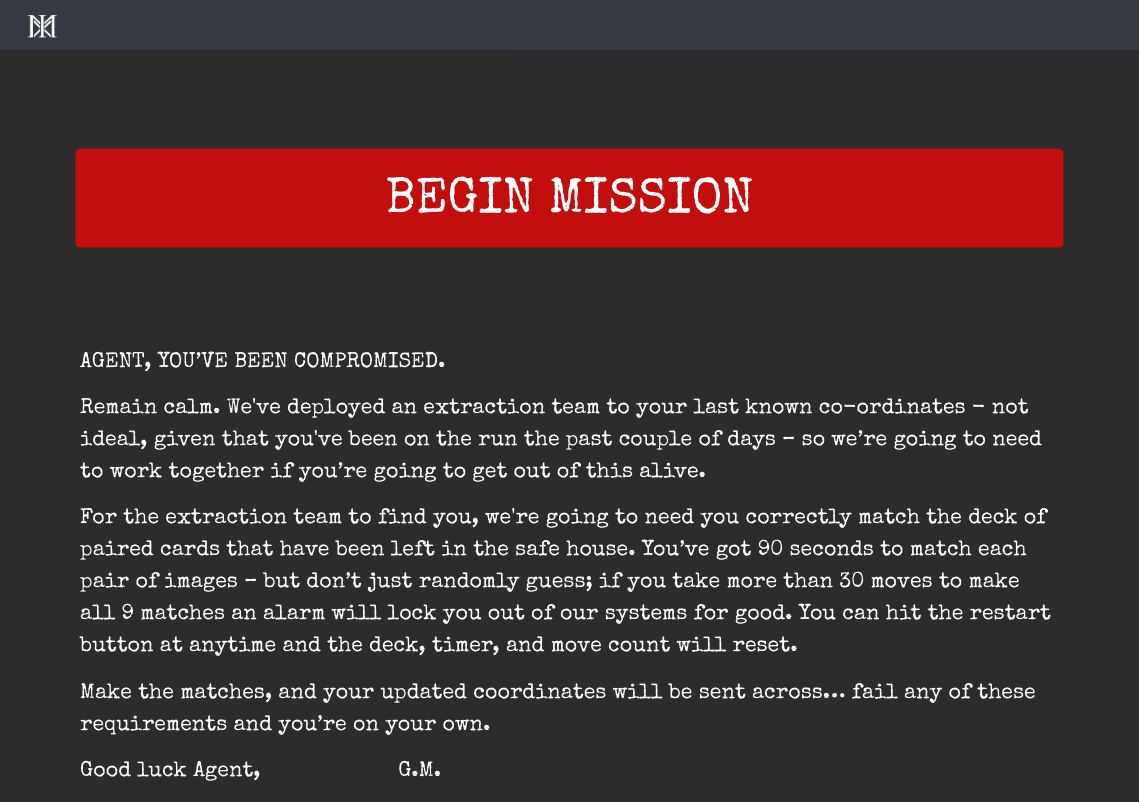
Repository: Code-Institute-Submissions/Milestone-25
Page: index.html
The author's editor kept a record of every edit. The page is drawn from the files as they stood at one moment, then again after the next edit.
The browser window is 1280 px wide. The pictures show the whole page, at 89% of full size.
Some web libraries are served in a nearby version.

Above is the page before.
Console error (its wording comes from the project's code and is left out).

After the next edit:
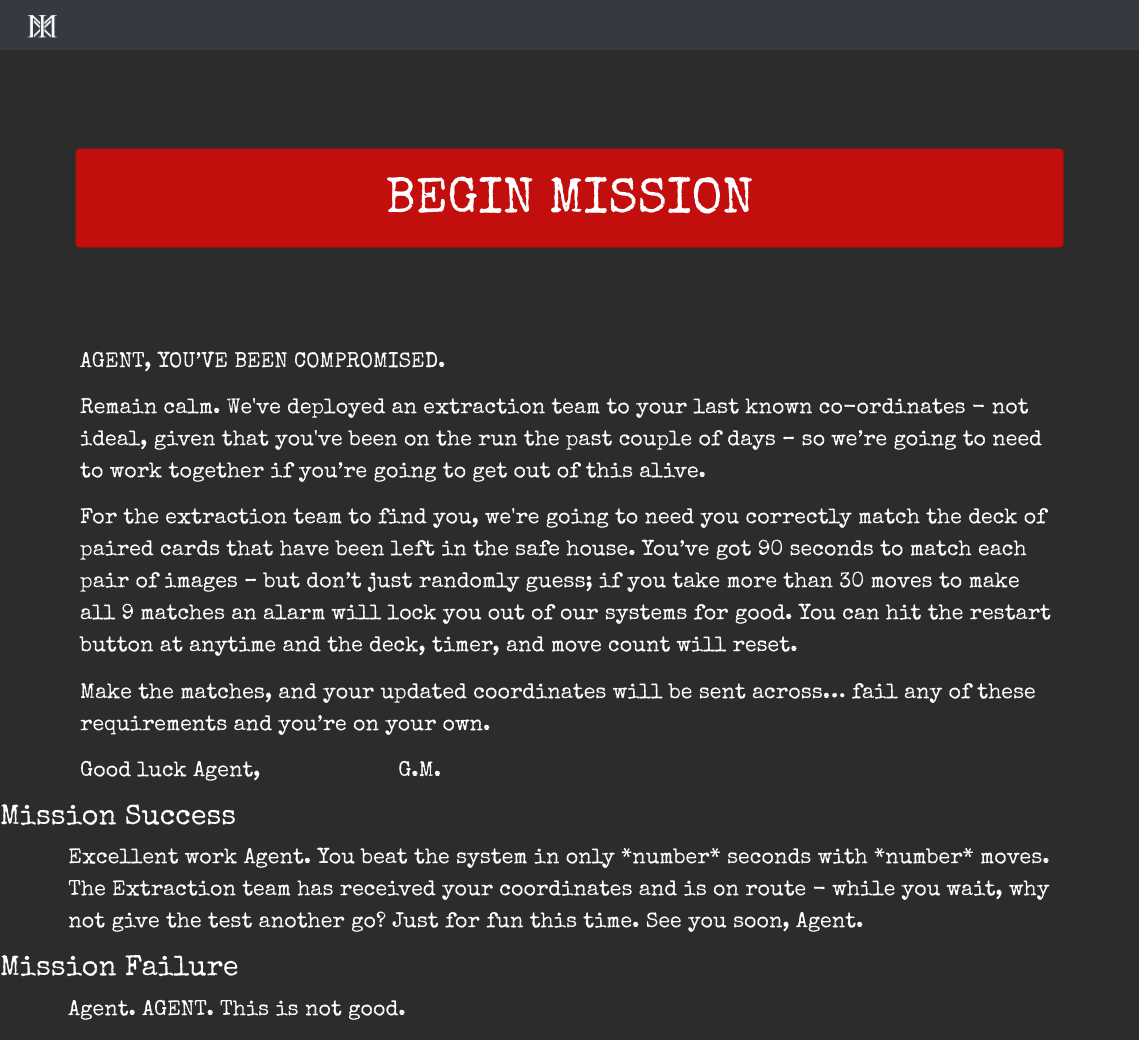
The edit:
--- a/index.html
+++ b/index.html
@@ -44,6 +44,18 @@
     </div>
   </div>
 
+<!-- testing game popup -->
+  <!-- mission success overlay -->
+  <div id="success" class="overlay">
+    <h2 class="title">Mission Success</h2>
+    <p class="instructions">Excellent work Agent. You beat the system in only *number* seconds with *number* moves. The Extraction team has received your coordinates and is on route - while you wait, why not give the test another go? Just for fun this time. See you soon, Agent.</p>
+  </div>
+
+  <!-- mission failure overlay -->
+  <div id="failure" class="overlay">
+    <h2 class="title">Mission Failure</h2>
+    <p class="instructions">Agent. AGENT. This is not good. </p>
+  </div>
 
 
 </body>
